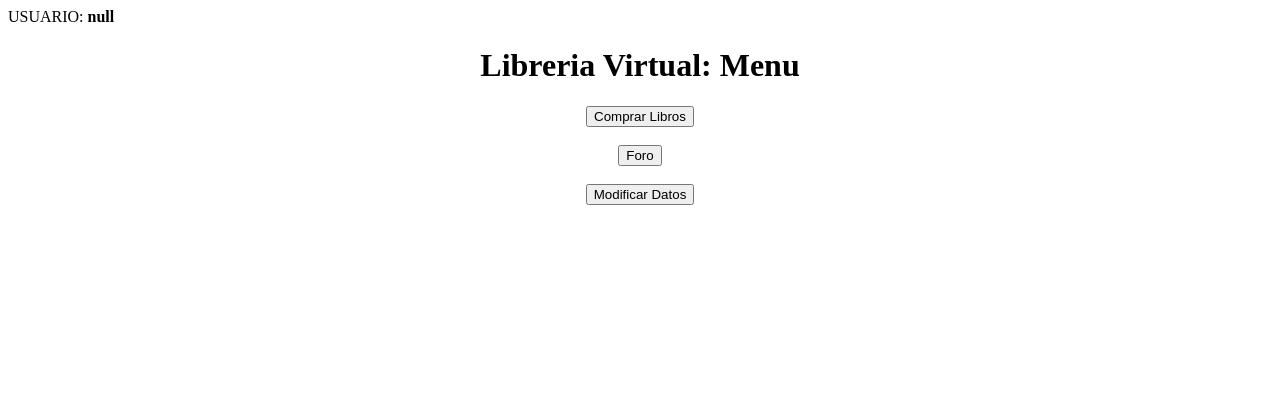
Repository: ipartek/web-zalla
Page: http://localhost/LibreriaVirtual/buscarLibros.jsp
These files come from the project's save history. The page is drawn as it stood at one moment and after the next save; the edit follows.
The browser window is 1280 px wide. The pictures show the whole page.
The page is served by Tomcat 9. Other server files are loaded and not shown.

Above is the page before, as saved 2017-07-26 08:45:50.

### galder-enrique/programas java/workspace/LibreriaVirtual/WebContent/buscarLibros.jsp

<%
	String user = (String) session.getAttribute("user");
%>


<!DOCTYPE html PUBLIC "-//W3C//DTD XHTML 1.0 Transitional//EN" "http://www.w3.org/TR/xhtml1/DTD/xhtml1-transitional.dtd">
<html xmlns="http://www.w3.org/1999/xhtml">
<head>
<meta http-equiv="Content-Type" content="text/html; charset=utf-8" />
<title>Documento sin t&iacute;tulo</title>
</head>

<body>
	USUARIO:
	<b><%=user%></b>
	<center>
		<h1>Libreria Virtual: Menu</h1>
		<input name="comprar" type="button" value="Comprar Libros"
			onclick="javascript:location.href='/TuLibroEnCasa/servlet/SrvBuscarLibros';" /><br />
		<br /> <input name="foro" type="button" value="Foro" /><br />
		<br /> <input name="modificar" type="button" value="Modificar Datos" /><br />
		<br />
	</center>
</body>
</html>

After the next save:
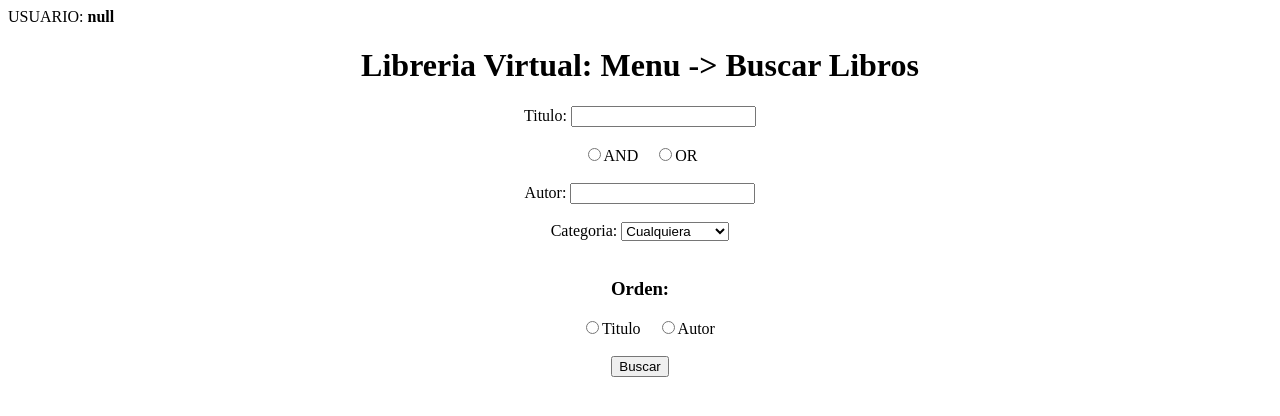
Saved 56 s later.
--- a/galder-enrique/programas java/workspace/LibreriaVirtual/WebContent/buscarLibros.jsp
+++ b/galder-enrique/programas java/workspace/LibreriaVirtual/WebContent/buscarLibros.jsp
@@ -10,17 +10,36 @@
 <meta http-equiv="Content-Type" content="text/html; charset=utf-8" />
 <title>Documento sin t&iacute;tulo</title>
 </head>
+<body>
+USUARIO: <b><%=user%></b>
+<center>
+<h1>Libreria Virtual: Menu -> Buscar Libros</h1>
+<form id="form1" name="form1" method="post" action="/TuLibroEnCasa/servlet/SrvMostrarLibros">
+Titulo: <input name="titulo" type="text" /><br /><br />
+<input name="opcionCondicion" type="radio" value="and" />AND&nbsp;&nbsp;&nbsp;
+<input name="opcionCondicion" type="radio" value="or" />OR
+<br /><br />
+Autor: <input name="autor" type="text" /><br /><br />
+Categoria: <select name="categoria">
+			<option value ="0" selected="selected"><b>Cualquiera</b></option>
 
-<body>
-	USUARIO:
-	<b><%=user%></b>
-	<center>
-		<h1>Libreria Virtual: Menu</h1>
-		<input name="comprar" type="button" value="Comprar Libros"
-			onclick="javascript:location.href='/TuLibroEnCasa/servlet/SrvBuscarLibros';" /><br />
-		<br /> <input name="foro" type="button" value="Foro" /><br />
-		<br /> <input name="modificar" type="button" value="Modificar Datos" /><br />
-		<br />
-	</center>
+            <option value ="1">Ciencia ficcion</option>
+
+            <option value ="2">Terror</option>
+
+            <option value ="3">Aventuras</option>
+
+            <option value ="4">Suspense</option>
+
+            </select>
+<br />
+<br />
+<h3>Orden:</h3>&nbsp;&nbsp;&nbsp; <input name="opcionOrden" type="radio" value="OrdenTitulo" />Titulo&nbsp;&nbsp;&nbsp;
+<input name="opcionOrden" type="radio" value="OrdenAutor" />Autor
+<br />
+<br />
+<input type="submit" value="Buscar" />
+</form>
+</center>
 </body>
 </html>
